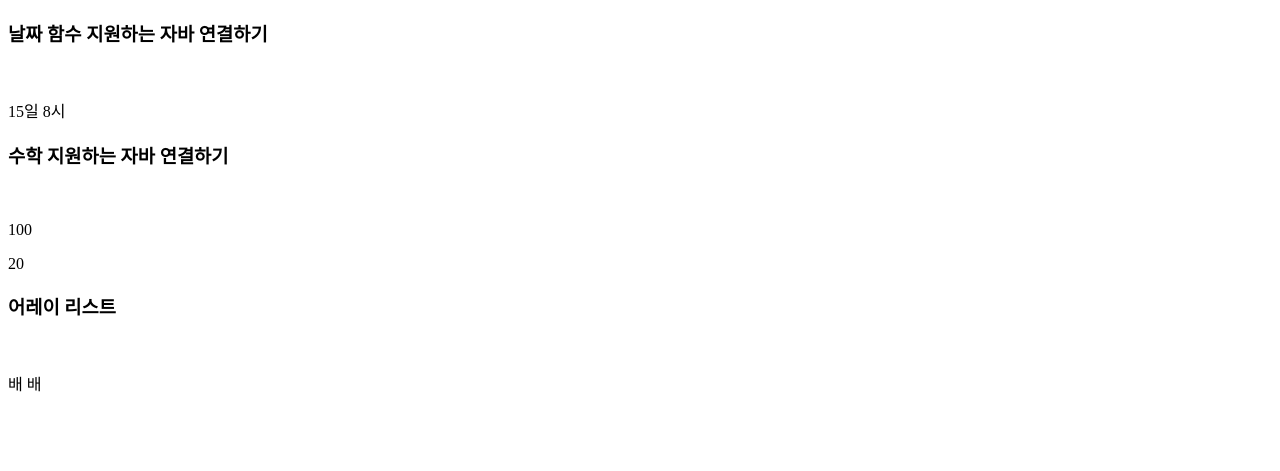
Repository: mi-ci/ai
Page: http://localhost/jsp01/ch004/useBean4.jsp
An editor plug-in stored every save of this project. The page is shown before and after the next save, followed by the edit.
The browser window is 1280 px wide. The pictures show the whole page.
The page is served by Tomcat 9. Other server files are loaded and not shown.

Above is the page before, as saved 2024-01-18 03:02:58.

### jsp01/src/main/webapp/ch004/useBean4.jsp
<%@ page language="java" contentType="text/html; charset=UTF-8"
    pageEncoding="UTF-8"%>
<!DOCTYPE html>
<html>
<head>
<meta charset="UTF-8">
<title>Insert title here</title>
</head>
<body>
	<h3>날짜 함수 지원하는 자바 연결하기</h3><br>
	<jsp:useBean id="d1" class="java.util.Date"></jsp:useBean>
	<%
		int date = d1.getDate();
		int hour = d1.getHours();
	%>
	<p> <%= date %>일 <%= hour %>시



	<h3>수학 지원하는 자바 연결하기</h3><br>
	<%
		int a1 = java.lang.Math.abs(-100);
		int max1 = java.lang.Math.max(10, 20);
	%>

	<p> <%= a1 %>
	<p> <%= max1 %>

	<h3>어레이 리스트</h3><br>
	<jsp:useBean id="ar" class="java.util.ArrayList"></jsp:useBean>
	<%
		ar.add("사과");
		ar.add("배");
		ar.add("귤");
		ar.add("사과");
		String aa = (String) ar.get(1);
		int total = ar.size();

	%>

	<p> <%= ar.get(1) %> <%= aa %>

</body>
</html>

After the next save:
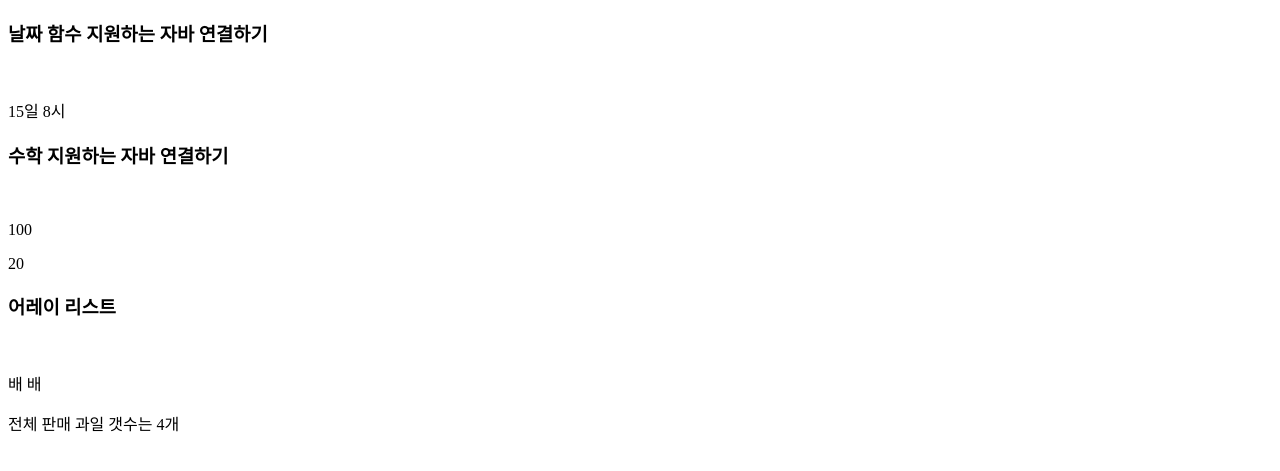
Saved 23 s later.
--- a/jsp01/src/main/webapp/ch004/useBean4.jsp
+++ b/jsp01/src/main/webapp/ch004/useBean4.jsp
@@ -39,6 +39,7 @@
 	%>
 
 	<p> <%= ar.get(1) %> <%= aa %>
+	<p> 전체 판매 과일 갯수는 <%=total  %>개
 
 </body>
 </html>
